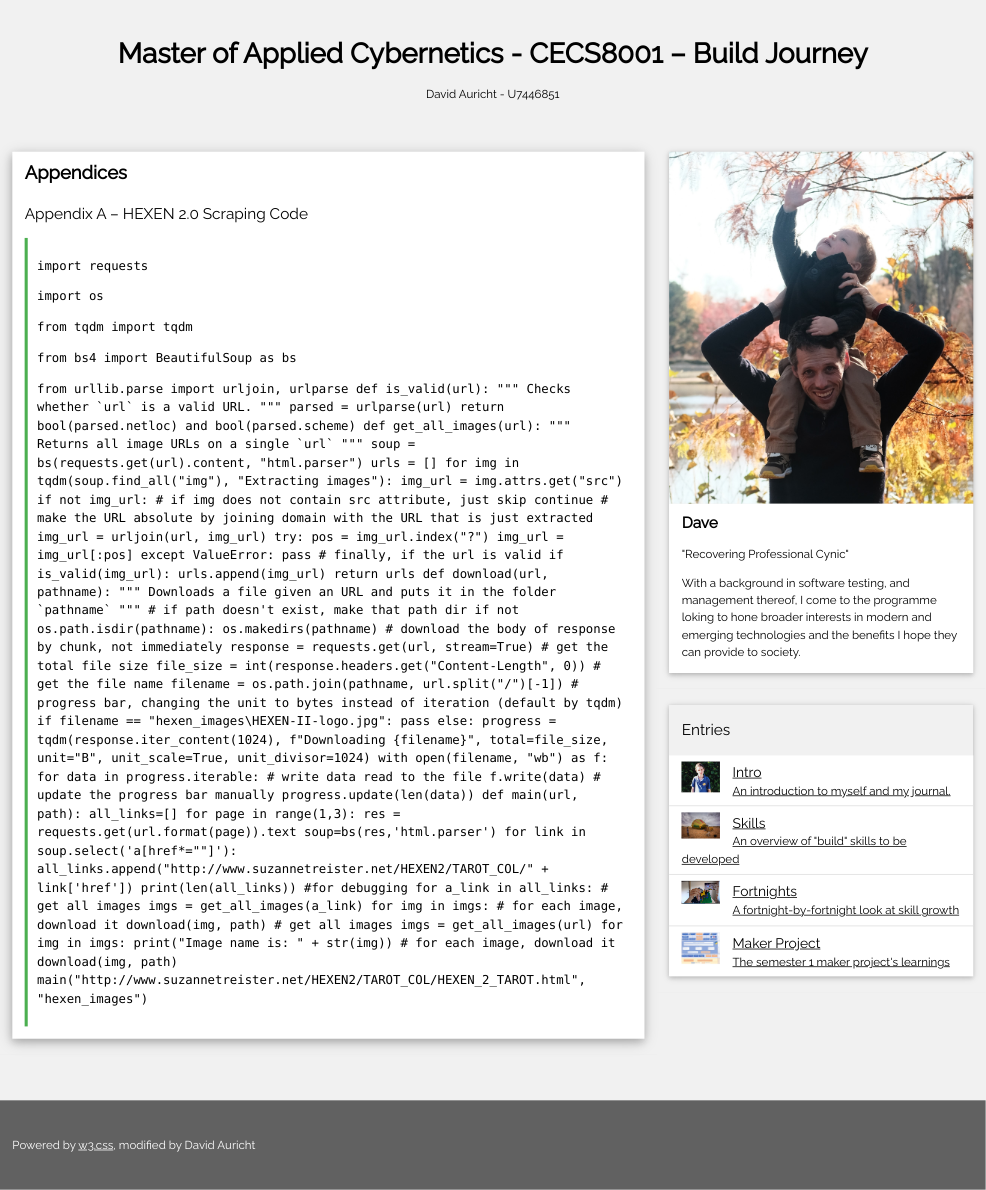
Repository: TodaysSawyer/cecs_8001_journal
Page: CECS_8001_build_journal/appendices.html
The author's editor kept a copy of each file at every save. The page is drawn from the files as they stood at one save, then again after the next save.
The browser window is 1280 px wide. The pictures show the whole page, at 77% of full size.

Above is the page before, as saved 2022-08-23 11:05:48.

### CECS_8001_build_journal/appendices.html
<!--Site layout and design credit goes to W3 Schools' "Blog template" from https://www.w3schools.com/w3css/tryw3css_templates_blog.htm-->
<!--Modifications and content by David Auricht-->

<!DOCTYPE html>
<html>
<head>
<title>David Auricht's Cybernetics Build Journal</title>
<meta charset="UTF-8">
<meta name="viewport" content="width=device-width, initial-scale=1">
<link rel="stylesheet" href="https://www.w3schools.com/w3css/4/w3.css">
<link rel="stylesheet" href="https://fonts.googleapis.com/css?family=Raleway">
<style>
body,h1,h2,h3,h4,h5 {font-family: "Raleway", sans-serif}
</style>
</head>
<body class="w3-light-grey">

<!-- w3-content defines a container for fixed size centered content,
and is wrapped around the whole page content, except for the footer in this example -->
<div class="w3-content" style="max-width:1400px">

<!-- Header -->
<header class="w3-container w3-center w3-padding-32">
  <h1><b>Master of Applied Cybernetics - CECS8001 – Build Journey</b></h1>
  <p>David Auricht - U7446851</p>
</header>

<!-- Grid -->
<div class="w3-row">

<!-- Blog entries -->
<div class="w3-col l8 s12">
  <!-- Blog entry -->
  <div class="w3-card-4 w3-margin w3-white">
    <div class="w3-container">
      <h3><b>Appendices</b></h3>
    </div>

    <div class="w3-container">
      <h4>Appendix A – HEXEN 2.0 Scraping Code</h4>
      <div class="w3-code">
        <p>import requests</p>
        <p>import os</p>
        <p>from tqdm import tqdm</p>
        <p>from bs4 import BeautifulSoup as bs</p>
        <p>from urllib.parse import urljoin, urlparse

          def is_valid(url):
              """
              Checks whether `url` is a valid URL.
              """
              parsed = urlparse(url)
              return bool(parsed.netloc) and bool(parsed.scheme)

          def get_all_images(url):
              """
              Returns all image URLs on a single `url`
              """
              soup = bs(requests.get(url).content, "html.parser")
              urls = []
              for img in tqdm(soup.find_all("img"), "Extracting images"):
                  img_url = img.attrs.get("src")
                  if not img_url:
                     # if img does not contain src attribute, just skip
                      continue
                 # make the URL absolute by joining domain with the URL that is just extracted
                  img_url = urljoin(url, img_url)
                  try:
                      pos = img_url.index("?")
                      img_url = img_url[:pos]
                  except ValueError:
                      pass
                  # finally, if the url is valid
                  if is_valid(img_url):
                      urls.append(img_url)
              return urls

          def download(url, pathname):
              """
              Downloads a file given an URL and puts it in the folder `pathname`
              """
              # if path doesn't exist, make that path dir
              if not os.path.isdir(pathname):
                  os.makedirs(pathname)
              # download the body of response by chunk, not immediately
              response = requests.get(url, stream=True)
              # get the total file size
              file_size = int(response.headers.get("Content-Length", 0))
              # get the file name
              filename = os.path.join(pathname, url.split("/")[-1])
              # progress bar, changing the unit to bytes instead of iteration (default by tqdm)
              if filename == "hexen_images\HEXEN-II-logo.jpg":
                  pass
              else:
                  progress = tqdm(response.iter_content(1024), f"Downloading {filename}", total=file_size, unit="B", unit_scale=True, unit_divisor=1024)
                  with open(filename, "wb") as f:
                      for data in progress.iterable:
                          # write data read to the file
                          f.write(data)
                          # update the progress bar manually
                          progress.update(len(data))

          def main(url, path):
              all_links=[]
              for page in range(1,3):
                  res = requests.get(url.format(page)).text
                  soup=bs(res,'html.parser')
                  for link in soup.select('a[href*=""]'):
                      all_links.append("http://www.suzannetreister.net/HEXEN2/TAROT_COL/" + link['href'])

              print(len(all_links))   #for debugging
              for a_link in all_links:
                      # get all images
                  imgs = get_all_images(a_link)
                  for img in imgs:
                      # for each image, download it
                      download(img, path)

              # get all images
              imgs = get_all_images(url)
              for img in imgs:
                  print("Image name is: " + str(img))
                  # for each image, download it
                  download(img, path)

          main("http://www.suzannetreister.net/HEXEN2/TAROT_COL/HEXEN_2_TAROT.html", "hexen_images")
          </p>
      </div>
  </div>
  </div>
  <hr>
<!-- END BLOG ENTRIES -->
</div>

<!-- Sidebar -->
<div class="w3-col l4">
  <!-- About Card -->
  <div class="w3-card w3-margin w3-margin-top">
  <img src="home_dave_profile.jpg" style="width:100%">
    <div class="w3-container w3-white">
      <h4><b>Dave</b></h4>
      <p>"Recovering Professional Cynic"</p>
      <p>With a background in software testing, and management thereof, I come to the programme loking to hone broader interests in modern and emerging technologies and the benefits I hope they can provide to society.</p>
    </div>
  </div><hr>

  <!-- Posts -->
  <div class="w3-card w3-margin">
    <div class="w3-container w3-padding">
      <h4>Entries</h4>
    </div>
    <ul class="w3-ul w3-hoverable w3-white">
      <li>
         <a href="index.html" target="_self">
         <img src="sidebar_intro_icon.jpg" alt="Image" class="w3-left w3-margin-right" style="width:50px">
         <span class="w3-large">Intro</span><br>
         <span>An introduction to myself and my journal.</span>
         </a>
      </li>
      <li>
        <a href="skills.html" target="_self">
        <img src="skills_balloon.jpg" alt="Image" class="w3-left w3-margin-right" style="width:50px">
        <span class="w3-large">Skills</span><br>
        <span>An overview of "build" skills to be developed</span>
        </a>
     </li>
      <li>
        <a href="fortnights.html" target="_self">
        <img src="fortnights_f4_screenshot.jpg" alt="Image" class="w3-left w3-margin-right" style="width:50px">
        <span class="w3-large">Fortnights</span><br>
        <span>A fortnight-by-fortnight look at skill growth</span>
        </a>
     </li>
     <li>
      <a href="maker_project.html" target="_self">
      <img src="maker_schematic.jpg" alt="Image" class="w3-left w3-margin-right" style="width:50px">
      <span class="w3-large">Maker Project</span><br>
      <span>The semester 1 maker project's learnings</span>
      </a>
   </li>
    </ul>
  </div>
  <hr>

<!-- END Sidebar -->
</div>

<!-- END GRID -->
</div><br>

<!-- END w3-content -->
</div>

<!-- Footer -->
<footer class="w3-container w3-dark-grey w3-padding-32 w3-margin-top">
  <p>Powered by <a href="https://www.w3schools.com/w3css/default.asp" target="_blank">w3.css</a>, modified by David Auricht</p>
</footer>

</body>
</html>

After the next save:
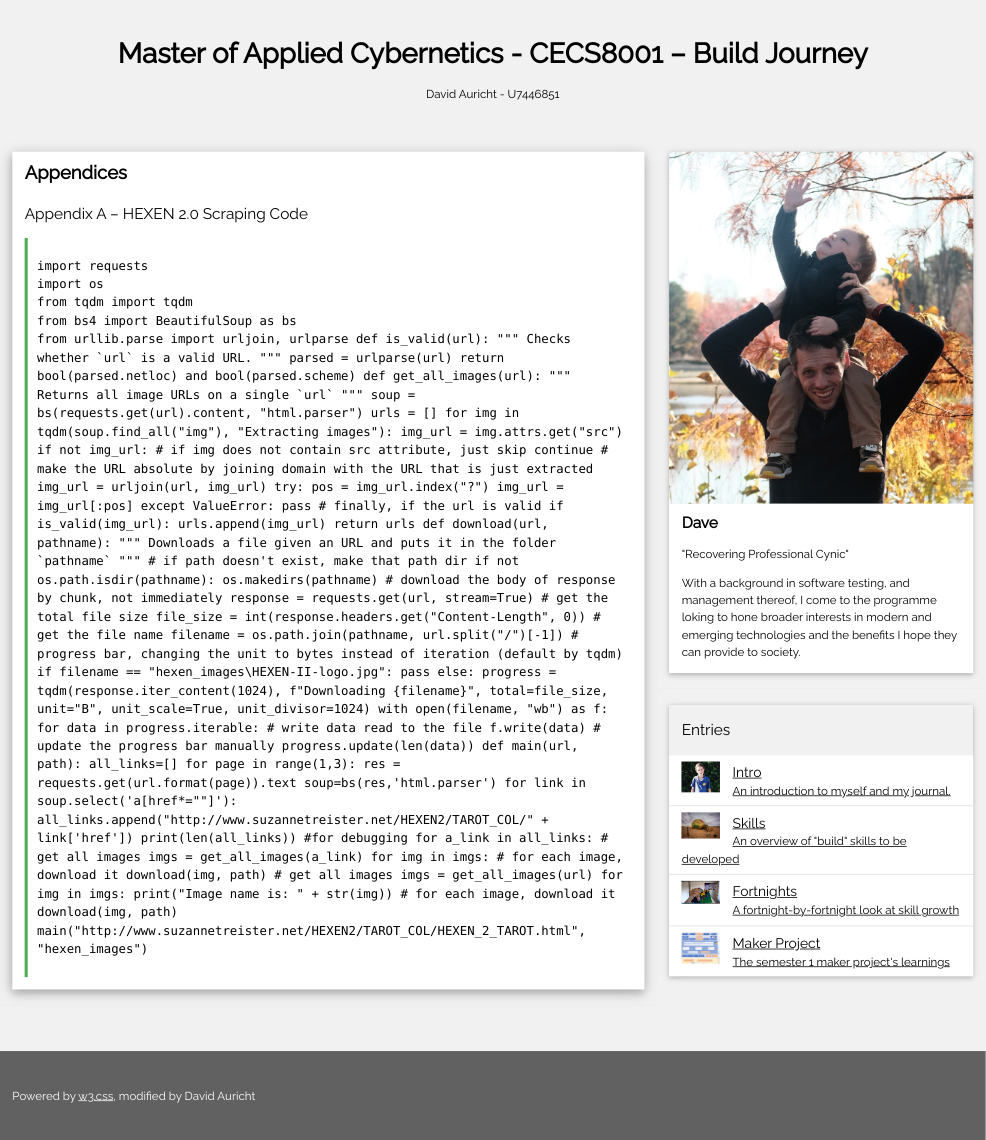
Saved 41 s later.
--- a/CECS_8001_build_journal/appendices.html
+++ b/CECS_8001_build_journal/appendices.html
@@ -39,11 +39,11 @@ and is wrapped around the whole page content, except for the footer in this exam
     <div class="w3-container">
       <h4>Appendix A – HEXEN 2.0 Scraping Code</h4>
       <div class="w3-code">
-        <p>import requests</p>
-        <p>import os</p>
-        <p>from tqdm import tqdm</p>
-        <p>from bs4 import BeautifulSoup as bs</p>
-        <p>from urllib.parse import urljoin, urlparse
+        <p>import requests
+        <br>import os
+        <br>from tqdm import tqdm
+        <br>from bs4 import BeautifulSoup as bs
+        <br>from urllib.parse import urljoin, urlparse
 
           def is_valid(url):
               """
